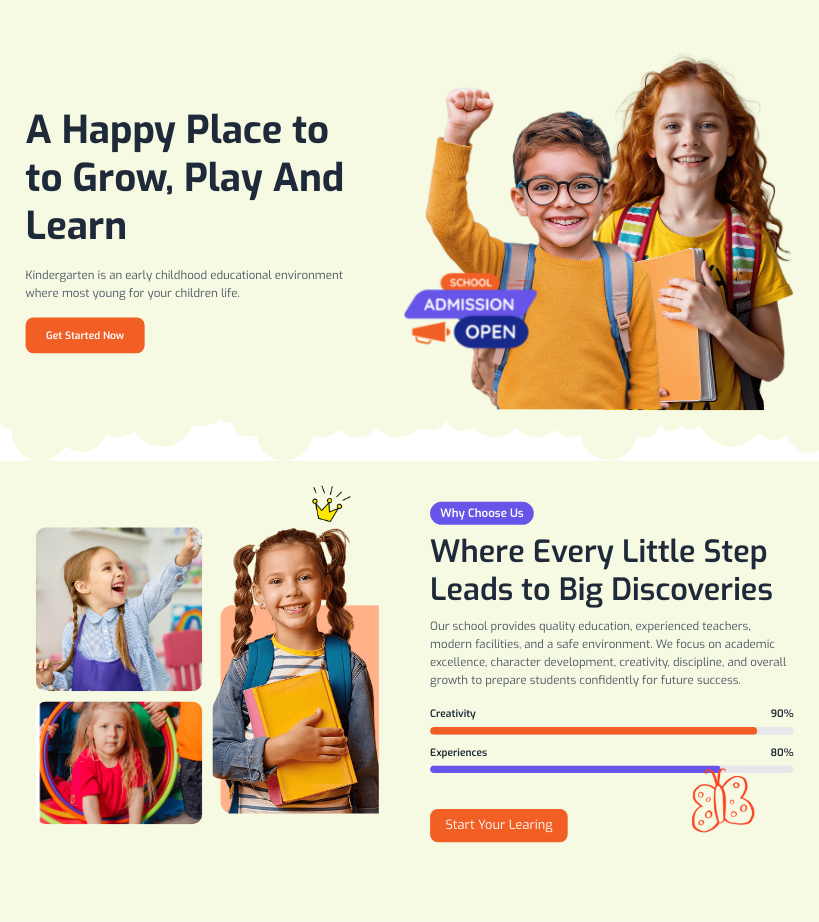
Repository: deepak445566/school
Page: / (app in okwork/)
An editor plug-in stored every save of this project. The page is shown before and after the next save, followed by the edit.
The browser window is 1280 px wide. The pictures show the whole page, at 64% of full size.
Some web fonts or font styles are not loaded; a fallback is used. The project was rebuilt for these pictures with package versions that can differ from the ones it lists, and the page was loaded fresh each time. Some packages were replaced by stand-ins written for this rebuild. Also part of the build but not shown: okwork/vite.config.js.

Above is the page before, as saved 2026-02-18 19:17:50.

### okwork/index.html
<!doctype html>
<html lang="en">
  <head>
    <meta charset="UTF-8" />
    <link rel="icon" type="image/svg+xml" href="/vite.svg" />
    <meta name="viewport" content="width=device-width, initial-scale=1.0" />
    <title>okwork</title>
    <link rel="preconnect" href="https://fonts.googleapis.com">
<link rel="preconnect" href="https://fonts.gstatic.com" crossorigin>
<link href="https://fonts.googleapis.com/css2?family=Abril+Fatface&family=Alan+Sans:wght@300..900&family=Big+Shoulders:opsz,wght@10..72,100..900&family=Exo+2:ital,wght@0,100..900;1,100..900&family=Exo:ital,wght@0,100..900;1,100..900&family=Montserrat:ital,wght@0,100..900;1,100..900&family=Orbitron:wght@400..900&family=Poppins:ital,wght@0,100;0,200;0,300;0,400;0,500;0,600;0,700;0,800;0,900;1,100;1,200;1,300;1,400;1,500;1,600;1,700;1,800;1,900&family=Prata&family=Rajdhani:wght@300;400;500;600;700&display=swap" rel="stylesheet">
  </head>
  <body>
    <div id="root"></div>
    <script type="module" src="/src/main.jsx"></script>
  </body>
</html>

### okwork/src/index.css
@import "tailwindcss";


.exo {
  font-family: "Exo", sans-serif;

  font-style: normal;
}

### okwork/src/App.jsx
import React from 'react'
import Home from './components/Home'

import WhyChooseUs from './components/WhyChooseUs'

function App() {
  return (
    <>
    <Home/>

    <WhyChooseUs/>
    </>
  )
}

export default App

### okwork/src/components/Home.jsx
import React from "react";

const Home = () => {
  // Image URL - using a high-quality free image
  const imageUrl =
    "/images/hero1.png";
  const kalagiImageUrl = "/images/text.png";
  return (
    <div className="min-h-screen bg-[#F7FAE2] overflow-hidden exo relative ">
      {/* Main container - centered with responsive padding */}
      <div className="container mx-auto px-6 py-12 md:px-12 lg:px-10 min-h-screen flex items-center relative z-10">

        {/* Flex container: column on mobile, row on desktop */}
        <div className="flex flex-col md:flex-row items-center gap-12 lg:gap-5 w-full">

          {/* LEFT SECTION: 40% width */}
          <div className="w-full md:w-[45%] text-center md:text-left space-y-6 md:space-y-6">
            {/* Heading with gradient effect */}
            <h1 className="text-4xl text-gray-800 md:text-5xl lg:text-6xl font-bold leading-tight exo">
             A Happy Place to
              <br />
              <span className="text-gray-800">to Grow, Play And </span>
              <br />
              <span className="text-gray-800">   Learn</span>
            </h1>

            {/* Paragraph description */}
            <p className="text-lg md:text-lg text-gray-600 max-w-2xl mx-auto md:mx-0">
           Kindergarten is an early childhood educational environment where
most young for your children life.
            </p>

            {/* Button with hover effects */}
            <div className="flex justify-center md:justify-start">
              <button className="group relative px-8 py-4 bg-[#F15F25] text-white font-semibold rounded-xl float hover:shadow-xl hover:transform hover:-translate-y-1 transition-all duration-300 ease-in-out">
                <span className="relative z-10">Get Started Now</span>
              </button>
            </div>
          </div>

          {/* RIGHT SECTION: 60% width */}
          <div className="w-full md:w-[55%] flex justify-center md:justify-end">
            <div className="relative w-full max-w-md lg:max-w-xl ">
              {/* Main image */}
              <img
                src={imageUrl}
                alt="Team collaboration in modern workspace"
                className="relative z-10 w-full h-auto rounded-2xl object-cover "
              />
               <img
                src={kalagiImageUrl}
                alt="Decorative element"
                className="absolute bottom-0 left-7 lg:left-0 z-20 w-24 h-24 md:w-52 md:h-52 object-contain -translate-x-4 -translate-y-4 animate-bounce-slow"
              />
            </div>
          </div>
        </div>

      </div>
        <div className=" absolute bottom-0  z-1000">
          <img src="/images/hero-line.png" className="w-full"/>
        </div>

      {/* Add custom animation keyframes */}
       <style jsx>{`
        @keyframes blob {
          0% { transform: translate(0px, 0px) scale(1); }
          33% { transform: translate(30px, -50px) scale(1.1); }
          66% { transform: translate(-20px, 20px) scale(0.9); }
          100% { transform: translate(0px, 0px) scale(1); }
        }

        @keyframes float {
          0% {
            transform: translateY(0px);
          }
          50% {
            transform: translateY(-20px);
          }
          100% {
            transform: translateY(0px);
          }
        }

        @keyframes bounce-slow {
          0%, 100% {
            transform: translate(-1rem, -1rem) translateY(0);
          }
          50% {
            transform: translate(-1rem, -1rem) translateY(-20px);
          }
        }

        .animate-blob {
          animation: blob 7s infinite;
        }

        .animate-float {
          animation: float 6s ease-in-out infinite;
        }

        .animate-bounce-slow {
          animation: bounce-slow 4s ease-in-out infinite;
        }

        .animation-delay-2000 {
          animation-delay: 2s;
        }
      `}</style>
    </div>
  );
};

export default Home;

### okwork/src/components/WhyChooseUs.jsx
import React from "react";

const WhyChooseUs = () => {
  return (
    <div className="min-h-screen bg-[#F7FAE2] overflow-hidden exo py-16">
      <div className="container mx-auto px-6 md:px-12 lg:px-10">

        {/* Flex container: column on mobile, row on desktop */}
        <div className="flex flex-col md:flex-row items-center gap-12 lg:gap-16">

          {/* LEFT SECTION - Pinterest style 3 images */}
          <div className="w-full md:w-1/2 relative">
            <div className="grid grid-cols-2 gap-4 lg:p-4">
              {/* Left column - 2 images stacked */}
              <div className="space-y-4">
                {/* Top left image */}
                <div className="relative overflow-hidden rounded-2xl transition-all duration-300 transform hover:-translate-y-1">
                  <img
                    src="/images/choose2.jpg" // Replace with your image path
                    alt="Pinterest style 1"
                    className="w-full h-64 object-cover"
                  />
                </div>

                {/* Bottom left image */}
                <div className="relative overflow-hidden rounded-2xl transition-all duration-300 transform hover:-translate-y-1">
                  <img
                    src="/images/choose1.png" // Replace with your image path
                    alt="Pinterest style 2"
                    className="w-full h-48 object-cover"
                  />
                </div>
              </div>

              {/* Right column - 1 tall image */}
              <div className="relative overflow-hidden rounded-2xl transition-all duration-300 transform hover:-translate-y-1 ">
                <img
                  src="/images/choose3.png" // Replace with your image path
                  alt="Pinterest style 3"
                  className="w-full h-[28rem] object-cover"
                />
              </div>
            </div>
            <div>
             <img
                src="/images/coun-shape.png"
                alt="Decorative element"
                className="absolute top-0 -right-5 lg:right-7  z-20 w-13 h-13 md:w-15 md:h-15 object-contain -translate-x-4 -translate-y-4 animate-bounce-slow "
              />
            </div>
          </div>

          {/* RIGHT SECTION - Content (same as before) */}
          <div className="w-full md:w-1/2 space-y-3 exo relative">
            {/* Small heading */}
            <h2 className="text-white bg-[#6754E9] rounded-4xl w-fit  text-lg  px-4  py-1 font-semibold ">
              Why Choose Us
            </h2>

            {/* Main heading */}
            <h1 className="text-3xl md:text-4xl lg:text-5xl font-semibold text-gray-800 leading-tight">
              Where Every Little Step <br />
              Leads to Big Discoveries
            </h1>

            {/* Description */}
            <p className="text-gray-600 text-base md:text-lg max-w-2xl ">
             Our school provides quality education, experienced teachers, modern facilities, and a safe environment. We focus on academic excellence, character development, creativity, discipline, and overall growth to prepare students confidently for future success.
            </p>

            {/* Early Learning section */}
            <div className="space-y-4 pt-4">


              {/* Progress bars */}
              <div className="space-y-4 pt-">
                {/* Creativity */}
                <div className="space-y-2">
                  <div className="flex justify-between items-center">
                    <span className="text-gray-800 font-semibold">Creativity</span>
                    <span className="text-gray-800 font-semibold">90%</span>
                  </div>
                  <div className="w-full h-3 bg-gray-200 rounded-full overflow-hidden">
                    <div
                      className="h-full bg-[#F15F25] rounded-full"
                      style={{ width: '90%' }}
                    ></div>
                  </div>
                </div>

                {/* Experiences */}
                <div className="space-y-2">
                  <div className="flex justify-between items-center">
                    <span className="text-gray-800 font-semibold">Experiences</span>
                    <span className="text-gray-800 font-semibold">80%</span>
                  </div>
                  <div className="w-full h-3 bg-gray-200 rounded-full overflow-hidden">
                    <div
                      className="h-full bg-[#6754E9] rounded-full"
                      style={{ width: '80%' }}
                    ></div>
                  </div>
                </div>
              </div>
               <button className="group relative px-6 py-3 bg-[#F15F25] text-xl text-white  rounded-xl float hover:shadow-xl hover:transform hover:-translate-y-1 transition-all duration-300 ease-in-out mt-10">
                <span className="relative z-10">Start Your Learing</span>
              </button>
            </div>
            <div>
              <img
                src="/images/butarfly.png"
                alt="Decorative element"
                className="absolute -bottom-6 -right-5 lg:right-7  z-20 w-17 h-17 md:w-25 md:h-25 object-contain -translate-x-4 -translate-y-4 animate-bounce-slow "
              />
            </div>
          </div>
        </div>

      </div>
    </div>
  );
};

export default WhyChooseUs;

### okwork/src/components/MeetOurTeachers.jsx
import React from "react";

const MeetOurTeachers = () => {
  const teachers = [
    {
      name: "John Smith",
      image: "/images/team1.png", // Replace with your image path
      subject: "Lead Teacher"
    },
    {
      name: "David William",
      image: "/images/team1.png", // Replace with your image path
      subject: "Math Teacher"
    },
    {
      name: "Sarah William",
      image: "/images/team1.png", // Replace with your image path
      subject: "Art Teacher"
    },
    {
      name: "Emily Johnson",
      image: "/images/team1.png", // Replace with your image path
      subject: "Music Teacher"
    }
  ];

  return (
    <div className="min-h-screen bg-[#F7FAE2] overflow-hidden exo py-12 md:py-16 lg:py-20">
      <div className="container mx-auto px-4 sm:px-6 md:px-8 lg:px-10 xl:px-12">

        {/* Header Section */}
        <div className="text-center mb-10 md:mb-12 lg:mb-16">
          <h2 className="text-[#F15F25] text-base sm:text-lg md:text-xl font-semibold uppercase tracking-wider mb-2">
            Our Team
          </h2>
          <h1 className="text-3xl sm:text-4xl md:text-5xl lg:text-6xl font-bold text-gray-800 leading-tight">
            Meet With Our Teacher
          </h1>
        </div>

        {/* Teachers Grid - 4 cards */}
        <div className="grid grid-cols-1 sm:grid-cols-2 lg:grid-cols-4 gap-6 md:gap-8">
          {teachers.map((teacher, index) => (
            <div
              key={index}
              className="group relative bg-white rounded-2xl overflow-hidden shadow-lg hover:shadow-2xl transition-all duration-300 transform hover:-translate-y-2"
            >
              {/* Teacher Image */}
              <div className="relative overflow-hidden h-64 sm:h-72 md:h-80">
                <img
                  src={teacher.image}
                  alt={teacher.name}
                  className="w-full h-full object-cover group-hover:scale-110 transition-transform duration-500"
                />
                {/* Overlay on hover */}
                <div className="absolute inset-0 bg-gradient-to-t from-black/50 to-transparent opacity-0 group-hover:opacity-100 transition-opacity duration-300"></div>
              </div>

              {/* Teacher Info */}
              <div className="p-4 md:p-6 text-center">
                <h3 className="text-lg md:text-xl font-bold text-gray-800 mb-1">
                  {teacher.name}
                </h3>
                <p className="text-[#F15F25] text-sm md:text-base font-medium">
                  {teacher.subject}
                </p>

                {/* Social Icons (Optional) */}
                <div className="flex justify-center gap-3 mt-3 opacity-0 group-hover:opacity-100 transition-opacity duration-300">
                  <a href="#" className="w-8 h-8 bg-[#F15F25] rounded-full flex items-center justify-center hover:bg-gray-800 transition-colors">
                    <span className="text-white text-sm">f</span>
                  </a>
                  <a href="#" className="w-8 h-8 bg-[#F15F25] rounded-full flex items-center justify-center hover:bg-gray-800 transition-colors">
                    <span className="text-white text-sm">t</span>
                  </a>
                  <a href="#" className="w-8 h-8 bg-[#F15F25] rounded-full flex items-center justify-center hover:bg-gray-800 transition-colors">
                    <span className="text-white text-sm">in</span>
                  </a>
                </div>
              </div>
            </div>
          ))}
        </div>
      </div>
    </div>
  );
};

export default MeetOurTeachers;

Loaded but not shown: okwork/src/main.jsx (common file)

After the next save:
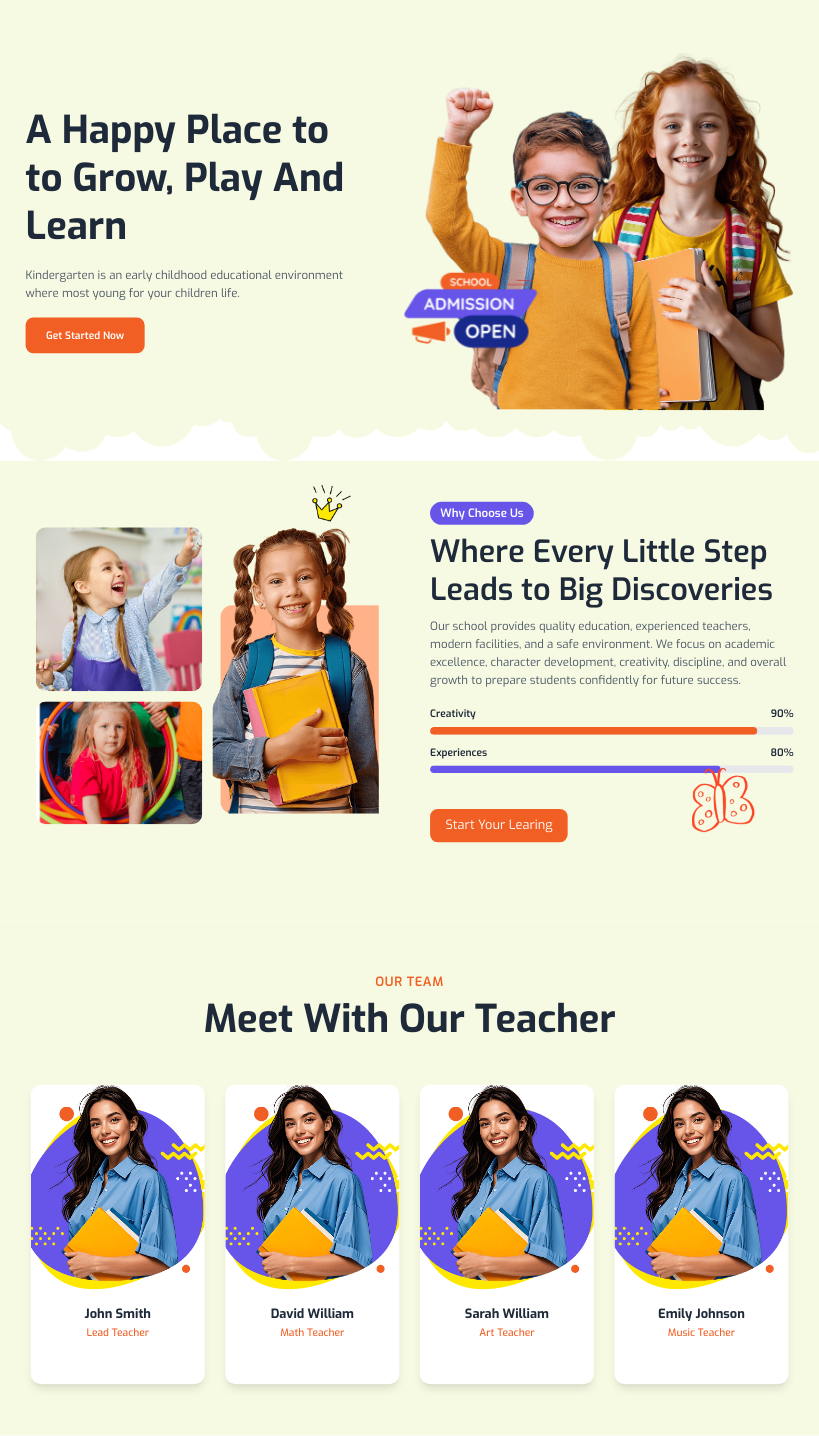
Saved 12 s later.
--- a/okwork/src/App.jsx
+++ b/okwork/src/App.jsx
@@ -2,6 +2,7 @@ import React from 'react'
 import Home from './components/Home'
 
 import WhyChooseUs from './components/WhyChooseUs'
+import MeetOurTeachers from './components/MeetOurTeachers'
 
 function App() {
   return (
@@ -9,6 +10,7 @@ function App() {
     <Home/>
 
     <WhyChooseUs/>
+    <MeetOurTeachers/>
     </>
   )
 }
